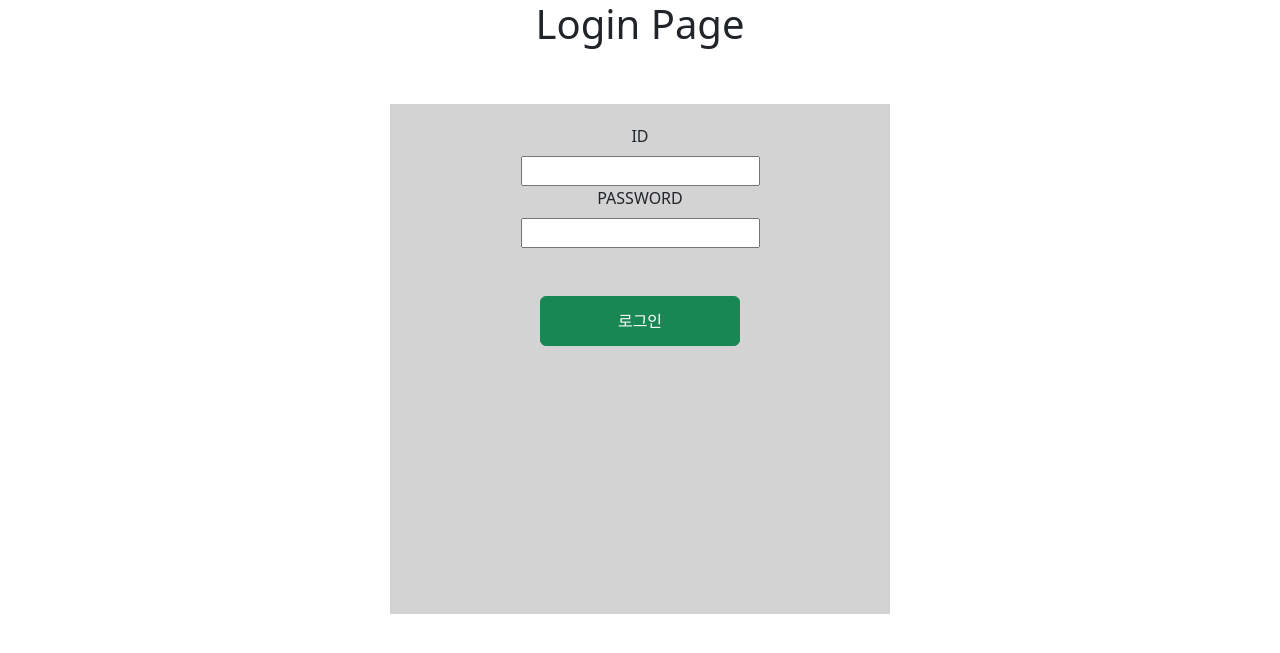
Repository: doridori890130/JSP
Page: http://localhost/jsp_project/mem/login
These files come from the project's save history. The page is drawn as it stood at one moment and after the next save; the edit follows.
The browser window is 1280 px wide. The pictures show the whole page.
The page is served by Tomcat 9. Other server files are loaded and not shown.

Above is the page before, as saved 2023-06-01 04:01:19.

### jsp_project4/jsp_project/src/main/webapp/member/login.jsp
<%@ page language="java" contentType="text/html; charset=UTF-8"
    pageEncoding="UTF-8"%>
<!DOCTYPE html>
<html>
<head>

<meta charset="UTF-8">
<!-- CSS only -->
<link href="https://cdn.jsdelivr.net/npm/bootstrap@5.2.2/dist/css/bootstrap.min.css" rel="stylesheet" integrity="sha384-Zenh87qX5JnK2Jl0vWa8Ck2rdkQ2Bzep5IDxbcnCeuOxjzrPF/et3URy9Bv1WTRi" crossorigin="anonymous">
<style type="text/css">
 H1{
 	text-align: center;
 }
 div{

 	text-align: center;
 	background-color: lightgray;
 	width: 500px;
 	height: 500px;
 	margin: auto;
 	padding-top: 10px;
 }
 button{
 	width: 200px;
 	height: 50px;
 }
</style>
<title>Insert title here</title>
</head>
<body>
	<h1>Login Page</h1>
	<br> <br>
	<div>
	<form action="/mem/login_auth" method="post" >
	<div class="mb-3">
  <label for="exampleFormControlInput1" class="form-label">ID</label> <br>
		 <input type="text" name="id" > <br>
  <label for="exampleFormControlInput1" class="form-label">PASSWORD</label> <br>
		 <input type="password" name="password" > <br>
<br> <br>
		<button class="btn btn-success" type="submit" >로그인</button>
	</form>
  	</div>

	</div>
</body>
</html>

### jsp_project4/jsp_project/src/main/java/Controller/MemberController.java
package Controller;

import java.io.IOException;
import java.util.List;

import javax.servlet.RequestDispatcher;
import javax.servlet.ServletException;
import javax.servlet.annotation.WebServlet;
import javax.servlet.http.HttpServlet;
import javax.servlet.http.HttpServletRequest;
import javax.servlet.http.HttpServletResponse;
import javax.servlet.http.HttpSession;

import org.slf4j.Logger;
import org.slf4j.LoggerFactory;

import domain.MemberVO;
import service.MemberService;
import service.MemberServiceImpl;

/**
 * Servlet implementation class MemberController
 */
@WebServlet("/mem/*")
public class MemberController extends HttpServlet {
	private static final long serialVersionUID = 1L;
	private static Logger log = LoggerFactory.getLogger(MemberController.class);
	private RequestDispatcher rdp; // 웹의 목적지 주소로 객체를 전달해주는 객체
    private String destpage;
    private int isOk;
    private MemberService msv;

    public MemberController() {
        msv = new MemberServiceImpl();
    }


	protected void service(HttpServletRequest request, HttpServletResponse response) throws ServletException, IOException {
		//characterENcoding 설정
		request.setCharacterEncoding("utf-8");
		response.setCharacterEncoding("utf-8");
		response.setContentType("text/html; charset=utf-8");

		String uri = request.getRequestURI();
		log.info(">>> uri : "+uri);
		String path = uri.substring(uri.lastIndexOf("/")+1);
		log.info(">>> path : "+path);

		switch(path) {
		case "join":
			destpage="/member/join.jsp";
			break;
		case "register":
			try {
				String id = request.getParameter("id");
				String password = request.getParameter("password");
				String email = request.getParameter("email");
				int age = Integer.parseInt(request.getParameter("age"));
				MemberVO mvo = new MemberVO(id,password,email,age);
				isOk = msv.register(mvo);
			} catch (Exception e) {
				e.printStackTrace();
			}
			break;
		case "login":
			destpage="/member/login.jsp";
			break;
		case "login_auth":
			try {
				String id = request.getParameter("id");
				String password = request.getParameter("password");
				MemberVO mvo= new MemberVO(id,password);
				MemberVO loginMvo = msv.login(mvo);
				if(loginMvo != null) {
					HttpSession ses = request.getSession();
					ses.setAttribute("ses", loginMvo);
					ses.setMaxInactiveInterval(10*60);
				}else {
					request.setAttribute("msg_login", 0);
				}
				destpage="/";
			} catch (Exception e) {
				e.printStackTrace();
			}
			break;
		case "logout":
			try {
				HttpSession ses = request.getSession();
				MemberVO mvo = (MemberVO )ses.getAttribute("ses");
				String id = mvo.getId();
				isOk = msv.lastlogin(id);
				ses.invalidate();

			} catch (Exception e) {
				e.printStackTrace();
			}
			destpage="/";
			break;
		case "modify":
			destpage="/member/modify.jsp";
			break;
		case "edit" :
			try {
				MemberVO mvo = new MemberVO(
						request.getParameter("id"),
						request.getParameter("password"),
						request.getParameter("email"),
						Integer.parseInt(request.getParameter("age")),
						request.getParameter("reg_date"),
						request.getParameter("last_login"));
				isOk=msv.modify(mvo);
				if(isOk>0) {
					request.setAttribute("mvo", mvo);
					HttpSession ses = request.getSession();
					ses.setAttribute("ses", mvo);
				}
				destpage="/";
			} catch (Exception e) {
				e.printStackTrace();
			}
			break;
		case "list" :
			try {
				List<MemberVO> list = msv.getList();
				request.setAttribute("list", list);
				destpage="/member/list.jsp";
			} catch (Exception e) {
				e.printStackTrace();
			}
			break;
		case "remove":
			try {
				HttpSession ses = request.getSession();
				MemberVO reMvo = (MemberVO)ses.getAttribute("ses");
				String delId= reMvo.getId();
				isOk = msv.remove(delId);
				ses.invalidate();
				destpage="/";
			} catch (Exception e) {
				e.printStackTrace();
			}
			break;
		}


		rdp = request.getRequestDispatcher(destpage);
		rdp.forward(request, response);
	}


	protected void doGet(HttpServletRequest request, HttpServletResponse response) throws ServletException, IOException {
		service(request,response);
	}


	protected void doPost(HttpServletRequest request, HttpServletResponse response) throws ServletException, IOException {
		service(request,response);
	}

}

### jsp_project4/jsp_project/src/main/java/service/MemberServiceImpl.java
package service;

import java.util.List;

import org.slf4j.Logger;
import org.slf4j.LoggerFactory;

import domain.MemberVO;
import repository.MemberDAO;
import repository.MemberDAOImpl;

public class MemberServiceImpl implements MemberService {
	private static Logger log = LoggerFactory.getLogger(MemberServiceImpl.class);
	private MemberDAO mdao;

	public MemberServiceImpl() {
		mdao= new MemberDAOImpl();
	}

	@Override
	public int register(MemberVO mvo) {
		log.info(">>register service");
		return mdao.register(mvo);
	}

	@Override
	public MemberVO login(MemberVO mvo) {
		log.info(">>login service");
		return mdao.login(mvo);
	}

	@Override
	public int lastlogin(String id) {
		log.info(">>lastlogin service");
		return mdao.lastlogin(id);
	}

	@Override
	public int modify(MemberVO mvo) {
		log.info(">>lastlogin service");
		return mdao.modify(mvo);
	}

	@Override
	public List<MemberVO> getList() {
		log.info(">>lastlogin service");
		return mdao.list();
	}

	@Override
	public int remove(String delId) {
		log.info(">>lastlogin service");
		return mdao.remove(delId);
	}
}

### jsp_project4/jsp_project/src/main/java/repository/MemberDAO.java
package repository;

import java.util.List;

import domain.MemberVO;

public interface MemberDAO {

	int register(MemberVO mvo);

	MemberVO login(MemberVO mvo);

	int lastlogin(String id);

	int modify(MemberVO mvo);

	List<MemberVO> list();

	int remove(String delId);

}

### jsp_project4/jsp_project/src/main/java/repository/MemberDAOImpl.java
package repository;

import java.util.List;

import org.apache.ibatis.session.SqlSession;
import org.slf4j.Logger;
import org.slf4j.LoggerFactory;

import domain.MemberVO;
import orm.DatabaseBuilder;



public class MemberDAOImpl implements MemberDAO {
	private static Logger log = LoggerFactory.getLogger(MemberDAOImpl.class);
	private SqlSession sql;
	private String NS = "MemberMapper.";

	public MemberDAOImpl() {
		new DatabaseBuilder();
		sql= DatabaseBuilder.getFactory().openSession();
	}

	@Override
	public int register(MemberVO mvo) {
		int isOk=sql.insert(NS+"register",mvo);
		if(isOk>0) {
			sql.commit();
		}
		return isOk;
	}

	@Override
	public MemberVO login(MemberVO mvo) {

		return sql.selectOne(NS+"login",mvo);
	}

	@Override
	public int lastlogin(String id) {
		int isOk=sql.update(NS+"lastlogin",id);
		if(isOk>0) {
			sql.commit();
		}
		return isOk;
	}

	@Override
	public int modify(MemberVO mvo) {
		int isOk=sql.update(NS+"modify",mvo);
		if(isOk>0) {
			sql.commit();
		}
		return isOk;
	}

	@Override
	public List<MemberVO> list() {

		return sql.selectList(NS+"list");
	}

	@Override
	public int remove(String delId) {
		int isOk=sql.delete(NS+"del",delId);
		if(isOk>0) {
			sql.commit();
		}
		return isOk;
	}
}

### jsp_project4/jsp_project/src/main/java/orm/DatabaseBuilder.java
package orm;


import java.io.IOException;
import org.apache.ibatis.io.Resources;
import org.apache.ibatis.session.SqlSessionFactory;
import org.apache.ibatis.session.SqlSessionFactoryBuilder;
import org.slf4j.Logger;
import org.slf4j.LoggerFactory;

public class DatabaseBuilder {
	private static Logger log = LoggerFactory.getLogger(DatabaseBuilder.class);
	private static SqlSessionFactory factory;
	private static final String config = "orm/MybatisConfig.xml";

	static {
		try {
			factory = new SqlSessionFactoryBuilder().build(Resources.getResourceAsReader(config));

		} catch (IOException e) {
			log.info("Mybatis 설정오류");
			e.printStackTrace();
		}
	}
	public static SqlSessionFactory getFactory() {
		return factory;
	}
}

### jsp_project4/jsp_project/src/main/java/domain/MemberVO.java
package domain;

public class MemberVO {
//	create table meminfo(
//			mno int auto_increment,
//			id varchar(100),
//			password varchar(100),
//			email varchar(100),
//			age int,
//			reg_date datetime default now(),
//			last_login datetime default null,
//			primary key(mno));
	private int mno;
	private String id;
	private String password;
	private String email;
	private int age;
	private String reg_date;
	private String last_login;

	public MemberVO() {}
	//resister (id, passwor, email, age)
	public MemberVO(String id ,String password, String email, int age) {
		this.id=id;
		this.password=password;
		this.email=email;
		this.age=age;
	}

	// login
	public MemberVO(String id, String password) {
		this.id=id;
		this.password=password;
	}

	//list(id, email, age, reg_date, last_login)
	public MemberVO(String id, String email,int age,String reg_date , String last_login) {
		this.id=id;
		this.email=email;
		this.age=age;
		this.reg_date=reg_date;
		this.last_login=last_login;
	}
	//modify (password, age, email)
	public MemberVO(String password, int age, String email) {
		this.password=password;
		this.age=age;
		this.email=email;
	}
	public MemberVO(String id, String password, String email, int age, String reg_date, String last_login) {

		this.id = id;
		this.password = password;
		this.email = email;
		this.age = age;
		this.reg_date = reg_date;
		this.last_login = last_login;
	}
	public int getMno() {
		return mno;
	}
	public void setMno(int mno) {
		this.mno = mno;
	}
	public String getId() {
		return id;
	}
	public void setId(String id) {
		this.id = id;
	}
	public String getPassword() {
		return password;
	}
	public void setPassword(String password) {
		this.password = password;
	}
	public String getEmail() {
		return email;
	}
	public void setEmail(String email) {
		this.email = email;
	}
	public int getAge() {
		return age;
	}
	public void setAge(int age) {
		this.age = age;
	}
	public String getReg_date() {
		return reg_date;
	}
	public void setReg_date(String reg_date) {
		this.reg_date = reg_date;
	}
	public String getLast_login() {
		return last_login;
	}
	public void setLast_login(String last_login) {
		this.last_login = last_login;
	}
	@Override
	public String toString() {
		return "MemberVo [mno=" + mno + ", id=" + id + ", password=" + password + ", email=" + email + ", age=" + age
				+ ", reg_date=" + reg_date + ", last_login=" + last_login + "]";
	}

}

### jsp_project4/jsp_project/src/main/java/domain/BoardVO.java
package domain;

public class BoardVO {
	private int bno;
	private String title;
	private String writer;
	private String content;
	private String reg_date;
	private int read_count;
	private String image_file;

	public BoardVO() {}

	//register(title, writer, content)
	public BoardVO(String title, String writer, String content) {
		this.title = title;
		this.writer = writer;
		this.content = content;
	}
	//list(bno, title, writer, reg_date)
	public BoardVO(int bno, String title, String writer,
			String reg_date, int read_count) {
		this.bno = bno;
		this.title = title;
		this.writer = writer;
		this.reg_date = reg_date;
		this.read_count = read_count;
	}
	//detail(all)
	public BoardVO(int bno, String title, String writer, String content, String reg_date, int read_count, String image_file) {
		this.bno = bno;
		this.title = title;
		this.writer = writer;
		this.content = content;
		this.reg_date = reg_date;
		this.read_count = read_count;
		this.image_file = image_file;
	}

	//update(bno, title, content)
	public BoardVO(int bno, String title, String content) {
		this.bno = bno;
		this.title =title;
		this.content=content;
	}

	//getter/setter
	public int getBno() {
		return bno;
	}

	public void setBno(int bno) {
		this.bno = bno;
	}

	public String getTitle() {
		return title;
	}

	public int getRead_count() {
		return read_count;
	}

	public void setRead_count(int read_count) {
		this.read_count = read_count;
	}

	public void setTitle(String title) {
		this.title = title;
	}

	public String getWriter() {
		return writer;
	}

	public void setWriter(String writer) {
		this.writer = writer;
	}

	public String getContent() {
		return content;
	}

	public void setContent(String content) {
		this.content = content;
	}

	public String getReg_date() {
		return reg_date;
	}

	public void setReg_date(String reg_date) {
		this.reg_date = reg_date;
	}


	public String getImage_file() {
		return image_file;
	}

	public void setImage_file(String image_file) {
		this.image_file = image_file;
	}

	@Override
	public String toString() {
		return "BoardVO [bno=" + bno + ", title=" + title + ", writer=" + writer + ", content=" + content
				+ ", reg_date=" + reg_date + ", read_count=" + read_count + "]";
	}




}

### jsp_project4/jsp_project/src/main/java/domain/CommentVO.java
package domain;

public class CommentVO {
	private int cno;
	private int bno;
	private String writer;
	private String content;
	private String reg_date;

	public CommentVO() {}

	//post(bno, writer, content)
	public CommentVO(int bno, String writer, String content) {
	this.bno=bno;
	this.writer=writer;
	this.content=content;
	}
	//(writer, content, cno)
	public CommentVO(String writer, String content, int cno) {
	this.writer = writer;
	this.content = content;
	this.cno = cno;
	}
	//modify(cno, content)
	public CommentVO(int cno, String content) {
		this.cno = cno;
		this.content = content;
	}
	//list(bno, cno, writer, content, reg_date)
	public CommentVO(int bno, int cno, String writer, String content,
			String reg_date) {
		this(bno, writer, content);
		this.cno=cno;
		this.reg_date=reg_date;
	}

	public int getCno() {
		return cno;
	}

	public void setCno(int cno) {
		this.cno = cno;
	}

	public int getBno() {
		return bno;
	}

	public void setBno(int bno) {
		this.bno = bno;
	}

	public String getWriter() {
		return writer;
	}

	public void setWriter(String writer) {
		this.writer = writer;
	}

	public String getContent() {
		return content;
	}

	public void setContent(String content) {
		this.content = content;
	}

	public String getReg_date() {
		return reg_date;
	}

	public void setReg_date(String reg_date) {
		this.reg_date = reg_date;
	}

	@Override
	public String toString() {
		return "CommentVO [cno=" + cno + ", bno=" + bno + ", writer=" + writer + ", content=" + content + ", reg_date="
				+ reg_date + "]";
	}
}

### jsp_project4/jsp_project/src/main/java/domain/PagingVO.java
package domain;

public class PagingVO {
	private int pageNo;
	private int qty;

	private String type;
	private String keyword;

	public PagingVO() {
		this(1,10);
	}
	public PagingVO(int pageNo, int qty) {
		this.pageNo=pageNo;
		this.qty=qty;
	}

	public int getPageStart() {
		return (this.pageNo-1)*10;
	}

	public String[] gettypeToArray() {
		return this.type == null ? new String[] {} : this.type.split("");
	}
	public int getPageNo() {
		return pageNo;
	}
	public void setPageNo(int pageNo) {
		this.pageNo = pageNo;
	}
	public int getQty() {
		return qty;
	}
	public void setQty(int qty) {
		this.qty = qty;
	}
	public String getType() {
		return type;
	}
	public void setType(String type) {
		this.type = type;
	}
	public String getKeyword() {
		return keyword;
	}
	public void setKeyword(String keyword) {
		this.keyword = keyword;
	}
	@Override
	public String toString() {
		return "PagingVO [pageNo=" + pageNo + ", qty=" + qty + ", type=" + type + ", keyword=" + keyword + "]";
	}

}

After the next save:
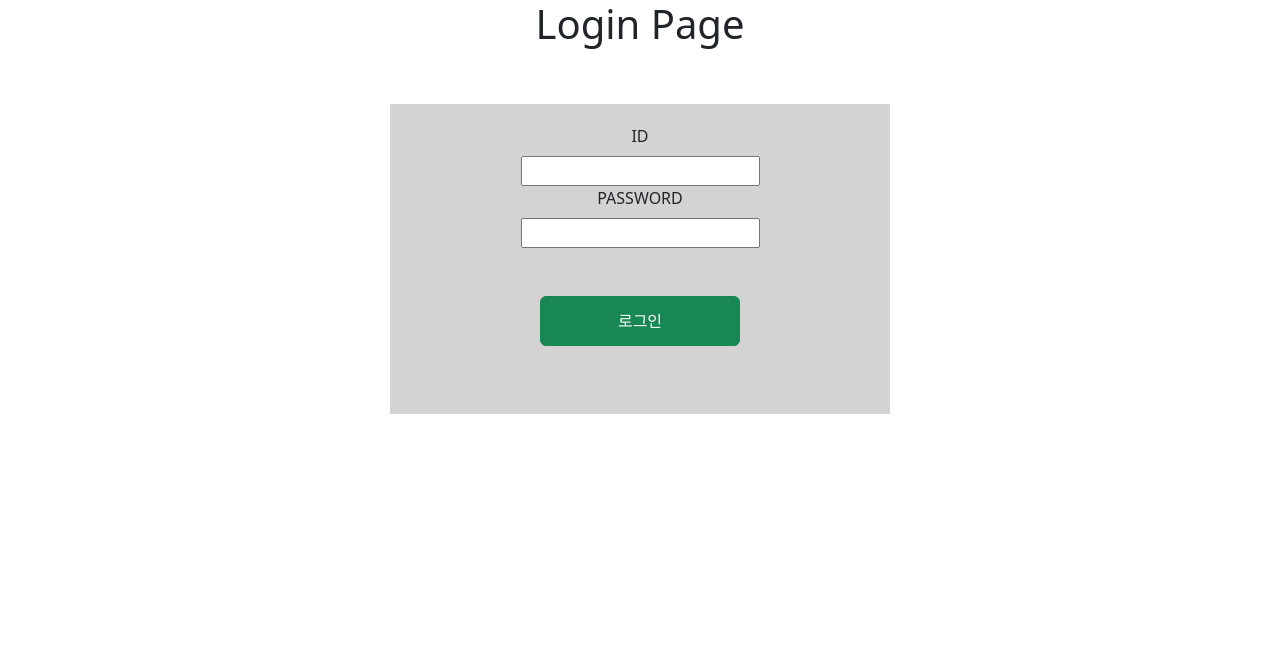
Saved 5 s later.
--- a/jsp_project4/jsp_project/src/main/webapp/member/login.jsp
+++ b/jsp_project4/jsp_project/src/main/webapp/member/login.jsp
@@ -16,7 +16,7 @@
  	text-align: center;
  	background-color: lightgray;
  	width: 500px;
- 	height: 500px;
+ 	height: 300px;
  	margin: auto;
  	padding-top: 10px;
  }
